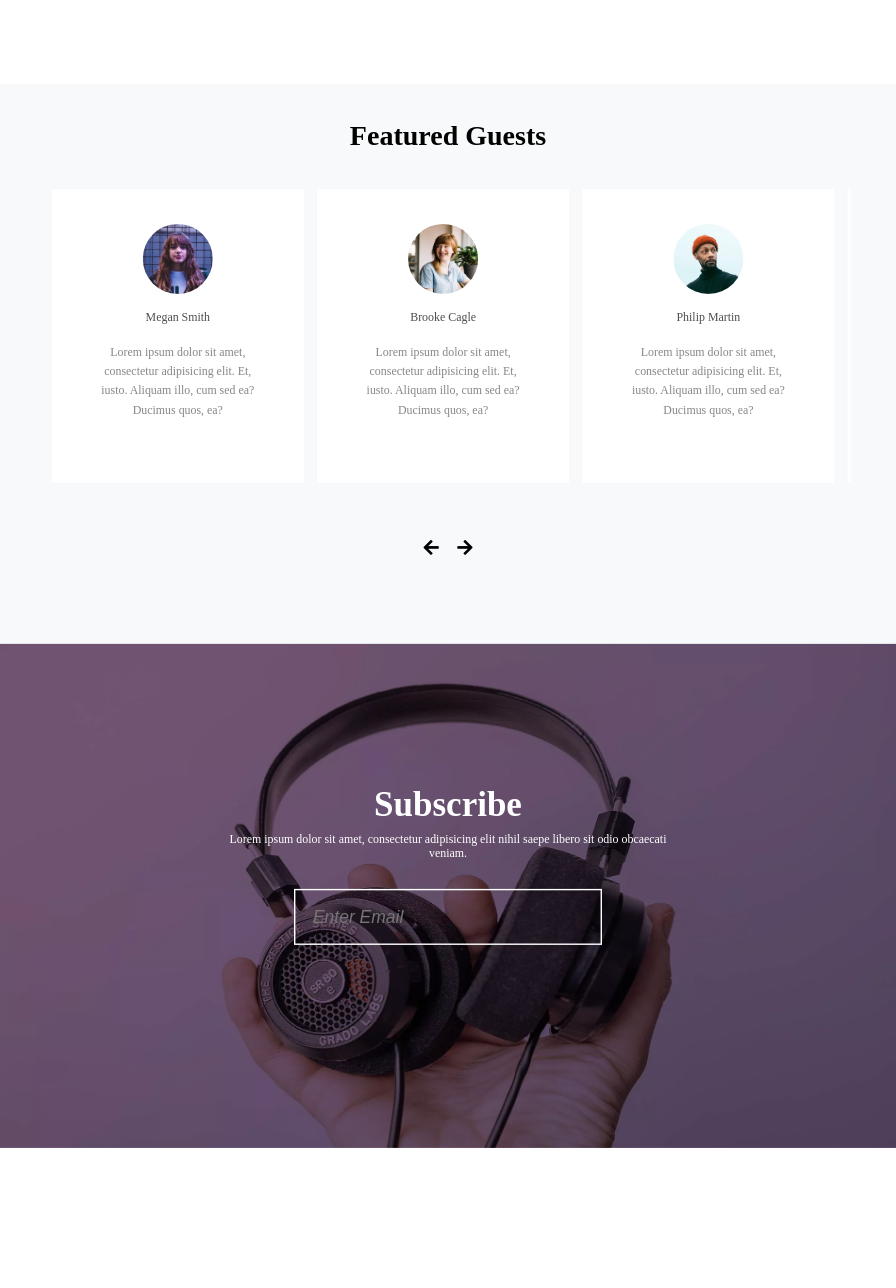
Repository: nhutduy0803/template2
Page: index.html
An editor plug-in stored every save of this project. The page is shown before and after the next save, followed by the edit.
The browser window is 1280 px wide. The pictures show the part of the page from y = 3877 to 5797 px (the page is 5717 px tall before and 5797 px after), at 70% of full size.

Above is the page before, as saved 2021-12-10 11:23:06.

After the next save:
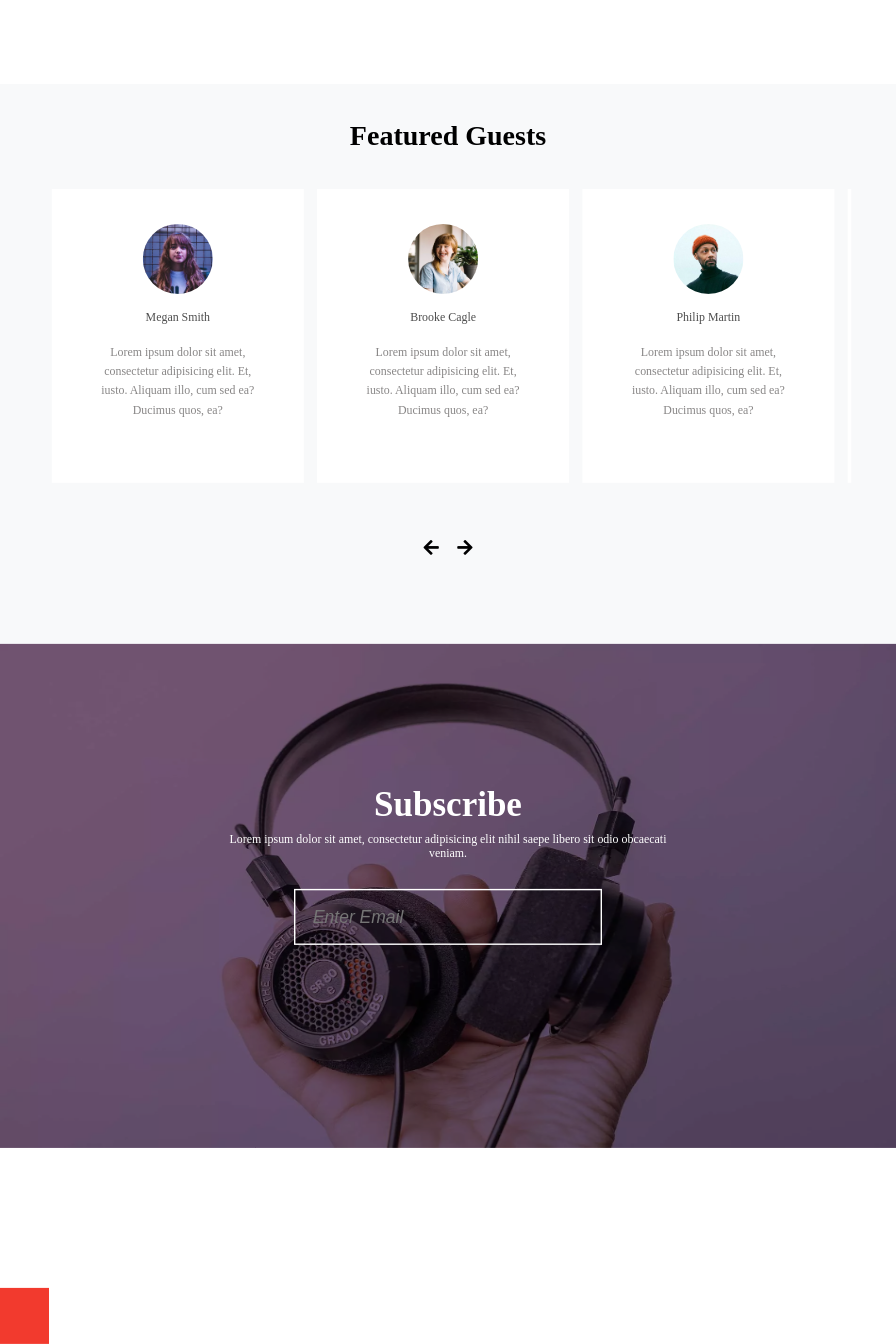
Saved 13 s later.
--- a/assets/css/style.css
+++ b/assets/css/style.css
@@ -774,6 +774,6 @@
 
 .send-input {
   width: 70px;
-  height: 100%;
+  height: 80px;
   background: #f23a2e;
 }
